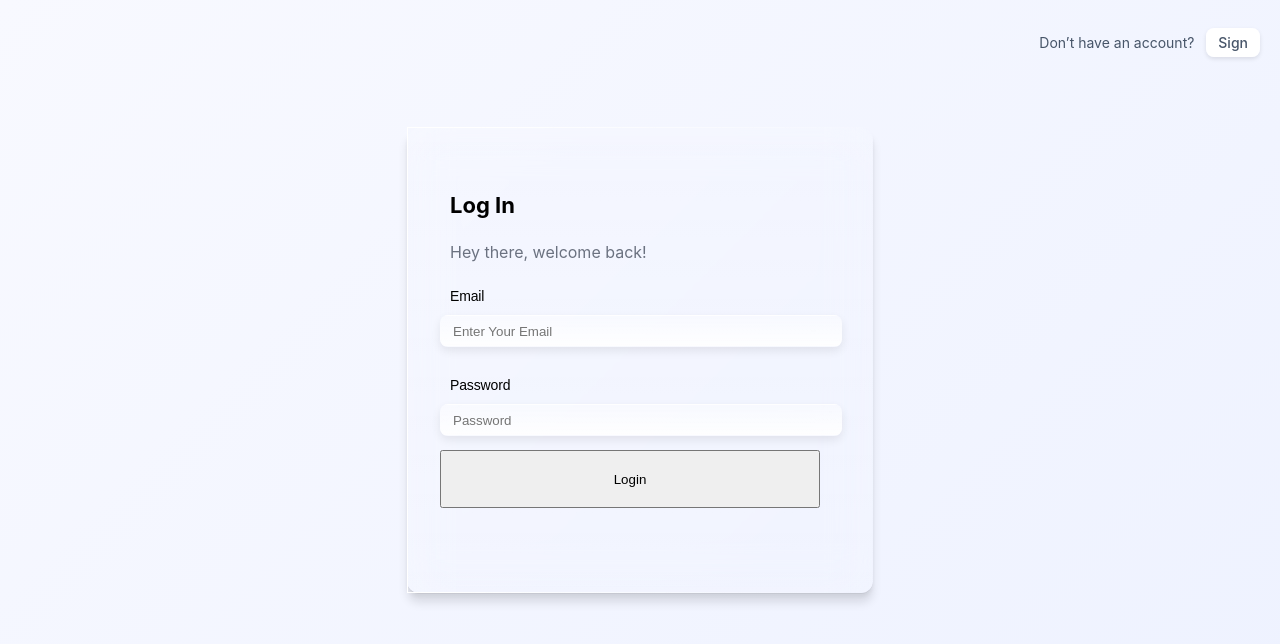
Repository: AfifaNoor/Admin_Panel-React-
Page: /
The author's editor kept a copy of each file at every save. The page is drawn from the files as they stood at one save, then again after the next save.
The browser window is 1280 px wide. The pictures show the whole page.
The project was rebuilt for these pictures with package versions that can differ from the ones it lists, and the page was loaded fresh each time. Also part of the build but not shown: src/SignUp.jsx.

Above is the page before, as saved 2025-07-10 17:55:37.

### src/App.js
import React from 'react'
import LoginPage from './LoginPage'
import { RouterProvider } from 'react-router-dom'
import Router from './Router'

const App = () => {
  return (
    <>
      {/* <RouterProvider router={Router}/> */}
      <LoginPage/>
    </>


  )
}

export default App

### src/LoginPage.jsx
import React, { useState } from 'react'
// import {Navigate, useNavigate} from 'react-router-dom';
import "./LoginPage.css"
import { ToastContainer, toast } from 'react-toastify';
import 'react-toastify/dist/ReactToastify.css';

const LoginPage = () => {
    const[email , setEmail]=useState('')
    const [password , setPassword] = useState('')
    // const navigate= useNavigate();

const handleSubmit =(e)=>{
    e.preventDefault();

 const hardcoreMail="login@gmail.com";
 const hardcorePassword = '1234567'

    if (email=== hardcoreMail && password === hardcorePassword){
        alert("Login Successfull")

    }else{
        alert("Invalid Credential")
    }

}



  return (
 <div className="login-container">

      <div className="signup-redirect">
        <p>
          Don’t have an account?{' '}
          {/* <span className="signup-link" onClick={() => navigate('/sign-up')}> */}
            {/* Sign Up */}
          {/* </span> */}
          <span className="signup-link" >
            Sign
          </span>
        </p>
      </div>



    <div>



    </div>

      <form className="login-form" onSubmit={handleSubmit}>
      <div className="title">
        <h1>Log In</h1>
        <p>Hey there, welcome back!</p>
      </div>
      <label className='form-label'>Email</label>
        <input
          type="email"
          className="form-input"
          value={email}
          placeholder="Enter Your Email"
          onChange={(e) => setEmail(e.target.value)}
          required
        />

        <label className='form-label'>Password</label>
        <input
          type="password"
          className="form-input"
          placeholder="Password"
          value={password}
          onChange={(e) => setPassword(e.target.value)}
          required
        />

        <button className="login-btn" type="submit">
          Login
        </button>

        {/* <ToastContainer /> */}
      </form>
    </div>
  );
}

export default LoginPage

### src/Router.jsx
import React from 'react';
import { createBrowserRouter , createRoutesFromElements , Route } from 'react-router-dom';
import LoginPage from './LoginPage';
import SignUp from './SignUp';

const Router = createBrowserRouter(
  createRoutesFromElements(
    <>

      <Route path='/sign-up' element={<SignUp/>}/>
      <Route path='login-page' element={<LoginPage/>}/>
    </>
  )
)

export default Router;

### src/LoginPage.css
.login-container {
  width: 100%;
  height: 100vh;
  /* background: #FFFFFF; */
  opacity: 1;
  transform: rotate(0deg);
  display: flex;
  justify-content: center;
  align-items: center;
  background: linear-gradient(135deg, #f8f9ff, #eef2ff);
  flex-direction: column;
  /* font-family: 'Inter','sans-serif'; */
  position: relative;


}
.signup-redirect {
  position: absolute;
  top: 20px;
  right: 20px;
  font-size: 14px;
  color: #475569;
}

.signup-link {
  background: #ffffff;
  border-radius: 8px;
  padding: 6px 12px;
  margin-left: 8px;
  box-shadow: 0 2px 4px rgba(0,0,0,0.1);
  cursor: pointer;
  font-weight: 500;
  transition: all 0.3s ease;
}

.signup-link:hover {
  background: #f0f0f0;
}




.login-form{
  width: 400px;
  height: 400px;
  /* position: absolute; */
  /* top: 150.5px; */
  /* left: 482px; */
  border-radius: 12px;
  padding: 32px;
  gap: 10px;
  opacity: 1;
  flex-direction: column;

  z-index: 2;

  background: linear-gradient(180deg, rgba(255, 255, 255, 0) -9.58%, rgba(255, 255, 255, 0.052) 100%);
  border: 1px solid transparent;
  border-image-source: linear-gradient(93.78deg, #FFFFFF 8.04%, rgba(255, 255, 255, 0) 100%);
  border-image-slice: 1;


-webkit-backdrop-filter: blur(20px);
backdrop-filter: blur(20px);

box-shadow:
  0px 10px 10px 0px rgba(0, 0, 0, 0.10),
  0px 4px 4px 0px rgba(0, 0, 0, 0.05),
  0px 1px 0px 0px rgba(0, 0, 0, 0.05),
  inset 0px 20px 50px 0px rgba(255, 255, 255, 0.15);

}

.title{
  z-index: 3;
  width: 380px;
  height: 72px;
  opacity: 1;
  gap: 10px;
  padding: 10px;
  /* margin-bottom: 550px; */
  /* box-shadow: 0 4px 12px rgba(0, 0, 0, 0.1); */
  margin-bottom: 20px;


}

.title h1 {
width: 380px;
height: 40px;
font-family: 'Inter', sans-serif;
font-weight: 600px;
font-size: 22px;
line-height: 40px;
letter-spacing: -1%;
margin-bottom: 8px;
}

.title p{
  font-size: 16px;
  font-style: Inter;
  font-weight: 400px;
  font-style:normal;
  line-height: 22px;
  /* letter-spacing: -1%; */
  color: rgba(107, 114, 128, 1);
  margin-bottom: 24px;
  /* margin-bottom: 5px; */

}

.form-label{
width: 380px;
height: 22px;
transform: rotate(0deg);
opacity: 1;
gap: 12px;
text-align: left;
font-family: 'Intern',sans-serif;
font-weight: 500px;
font-size: 14px;
line-height: 22px;
letter-spacing: -0.01em;
color:black;
border: none;
border-radius: 6px;
padding: 3px 10px;
cursor: pointer;
display: inline-flex;
/* align-items: left; */
justify-content: left;
margin-top: 10px;
margin-bottom: 5px;

}

.form-input{

  width: 380px;
  height: 20px;
  min-width: 140px;
  max-width: 500px;
  transform: rotate(0deg);
  opacity: 1;
  border-radius: 8px;
  border-width: 1px;
  padding: 5px 8px 5px 12px;
  gap: 8px;
  margin-bottom: 14px;

  background: linear-gradient(0deg, rgba(255, 255, 255, 0.9) 0%, rgba(255, 255, 255, 0.4) 100%);
  border: 1px solid transparent; /* fallback for border-image */

  border-image:
    linear-gradient(0deg, rgba(255, 255, 255, 0.1), rgba(255, 255, 255, 0.1)),
    linear-gradient(360deg, rgba(255, 255, 255, 0.5) 0%, rgba(255, 255, 255, 0) 100%);
  border-image-slice: 1;


  -webkit-backdrop-filter: blur(20px);
  backdrop-filter: blur(20px);
  box-shadow: 0 4px 10px rgba(0,0,0,0.08);
  cursor: pointer;
}

.login-btn{
  direction: vertical;
  width: 380px;
  height: 58px;
  padding: 7px 7px ;
  gap: 12px;
  border-radius: ;
}

Loaded but not shown: public/index.html (common file); src/index.js (common file); src/index.css (common file); src/reportWebVitals.js (common file)

After the next save:
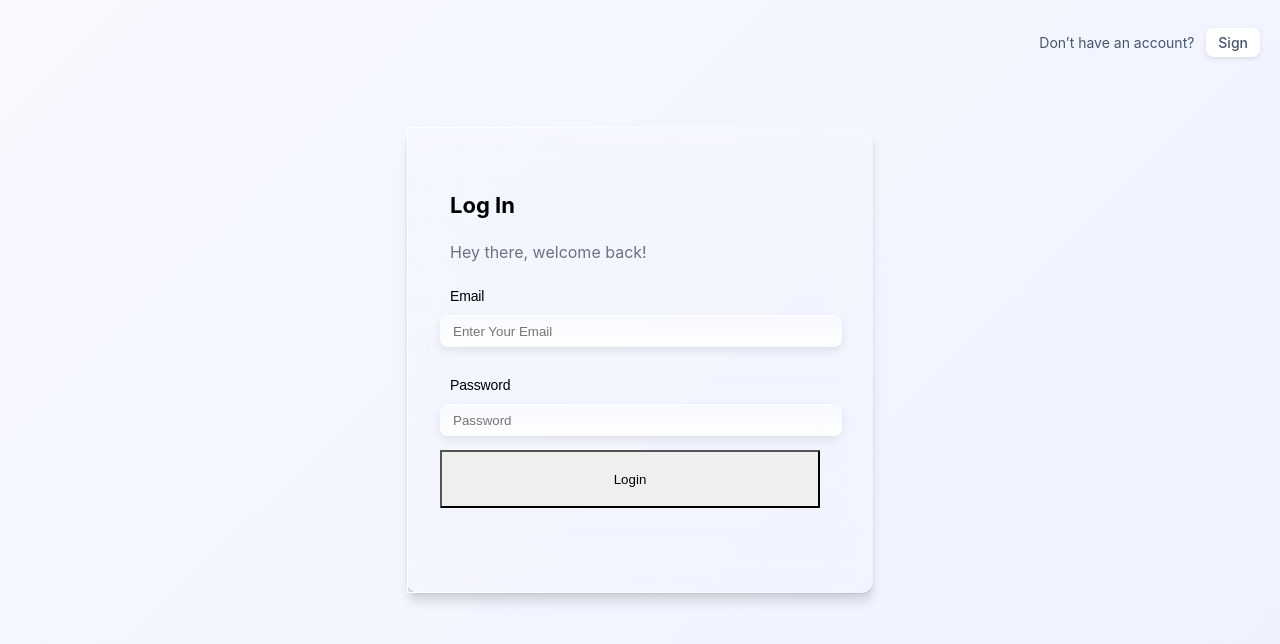
Saved 12 s later.
--- a/src/LoginPage.css
+++ b/src/LoginPage.css
@@ -169,5 +169,6 @@ margin-bottom: 5px;
   height: 58px;
   padding: 7px 7px ;
   gap: 12px;
-  border-radius: ;
+  border-radius: 1px;
+
 }
